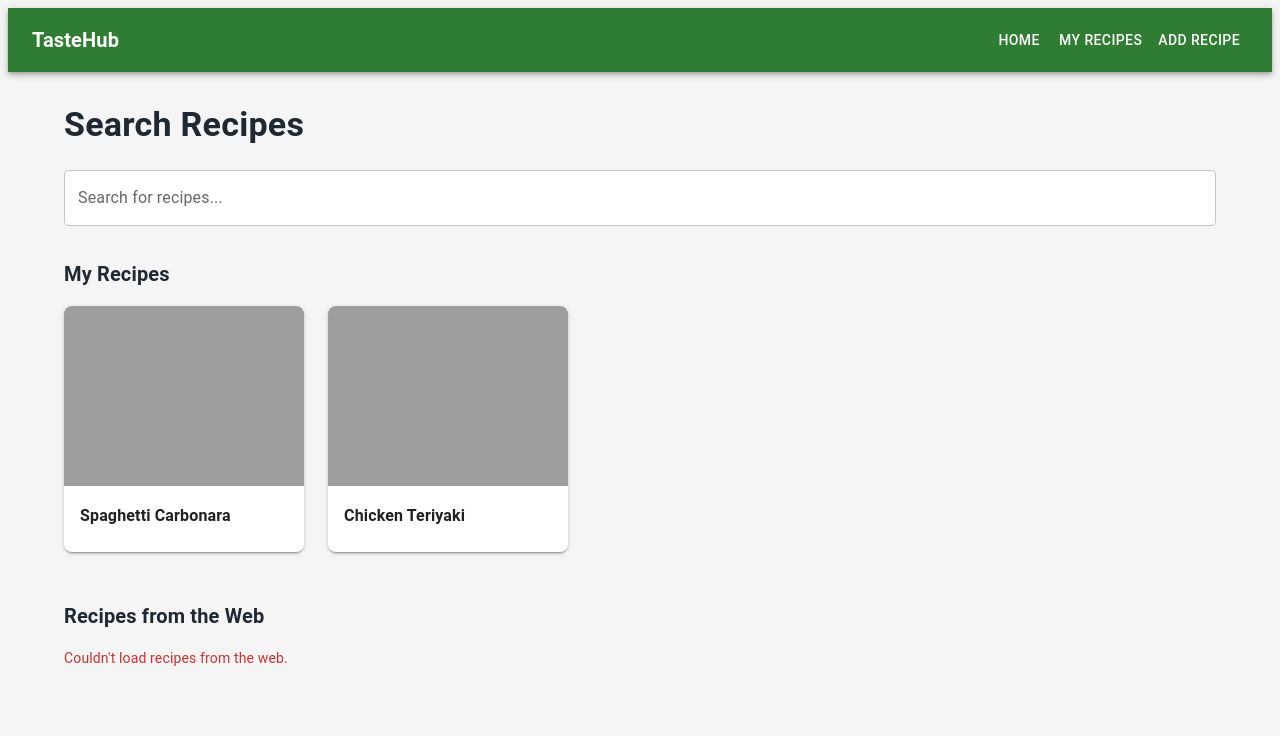
Repository: PabloVega7/TasteHub-Milestone03
Page: /
An editor plug-in stored every save of this project. The page is shown before and after the next save, followed by the edit.
The browser window is 1280 px wide. The pictures show the whole page.
Pictures or frames that could not be fetched are drawn as grey boxes. The page's requests for data from a server got no answer. The project was rebuilt for these pictures with package versions that can differ from the ones it lists, and the page was loaded fresh each time. No one was signed in, and anything a server would have sent is missing. Also part of the build but not shown: vite.config.js, src/pages/RecipeDetails.jsx, src/pages/MyRecipes.jsx, src/pages/AddRecipe.jsx, src/pages/EditRecipe.jsx.

Above is the page before, as saved 2025-11-29 16:07:29.

After the next save:
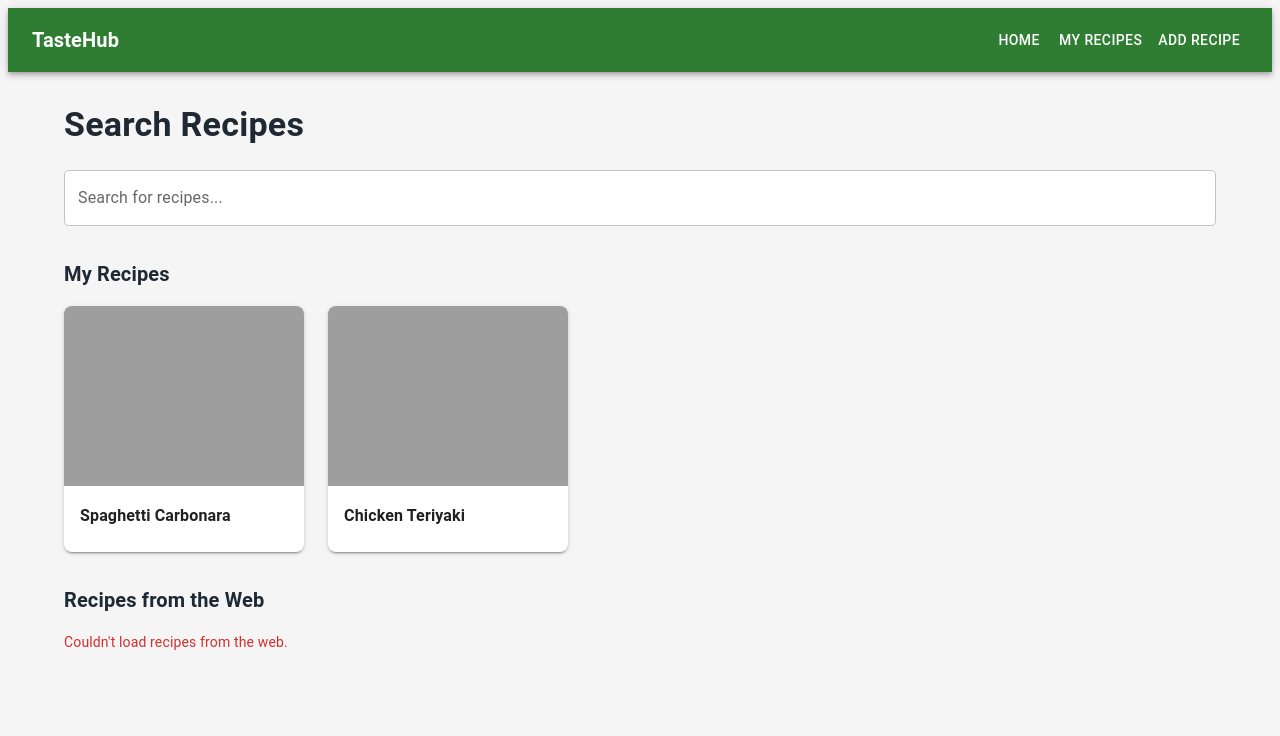
Saved 19 s later.
--- a/src/pages/Home.jsx
+++ b/src/pages/Home.jsx
@@ -1,69 +1,59 @@
-// src/pages/Home.jsx
 import { useState } from "react";
-import { Container, Typography, TextField, Box, Grid } from "@mui/material";
+import { Container, Grid, TextField, Typography } from "@mui/material";
 import RecipeCard from "../components/RecipeCard";
 import WebRecipes from "../components/WebRecipes";
 import { useRecipes } from "../context/RecipesContext";
 
 export default function Home() {
   const { recipes } = useRecipes();
-  const [query, setQuery] = useState("");
+  const [search, setSearch] = useState("");
 
-  const filteredRecipes = recipes.filter((recipe) =>
-    recipe.title.toLowerCase().includes(query.toLowerCase())
+  const filtered = recipes.filter((recipe) =>
+    recipe.title.toLowerCase().includes(search.toLowerCase())
   );
 
   return (
     <Container maxWidth="lg" sx={{ mt: 4, mb: 6 }}>
-      {/* Page title */}
       <Typography variant="h4" fontWeight={700} mb={3}>
         Search Recipes
       </Typography>
 
-      {/* Search bar */}
       <TextField
         fullWidth
         label="Search for recipes..."
         variant="outlined"
-        value={query}
-        onChange={(e) => setQuery(e.target.value)}
+        value={search}
+        onChange={(e) => setSearch(e.target.value)}
         sx={{ mb: 4, backgroundColor: "white" }}
       />
 
-      {/* My Recipes section */}
-      <Box mb={6}>
-        <Typography variant="h6" fontWeight={600} mb={2}>
-          My Recipes
-        </Typography>
+      <Typography variant="h6" fontWeight={600} mb={2}>
+        My Recipes
+      </Typography>
+      <Grid container spacing={3} mb={4}>
+        {filtered.map((recipe) => (
+          <Grid item xs={12} sm={6} md={4} key={recipe.id}>
+            <RecipeCard
+              id={recipe.id}
+              title={recipe.title}
+              image={recipe.image}
+            />
+          </Grid>
+        ))}
+        {filtered.length === 0 && (
+          <Typography
+            variant="body2"
+            color="text.secondary"
+            sx={{ ml: 2, mt: 1 }}>
+            No recipes match this search.
+          </Typography>
+        )}
+      </Grid>
 
-        <Grid container spacing={3}>
-          {filteredRecipes.map((recipe) => (
-            <Grid item xs={12} sm={6} md={4} key={recipe.id}>
-              <RecipeCard
-                id={recipe.id}
-                title={recipe.title}
-                image={recipe.image}
-              />
-            </Grid>
-          ))}
-
-          {filteredRecipes.length === 0 && (
-            <Typography variant="body2" color="text.secondary" sx={{ mt: 1 }}>
-              No recipes found. Try a different search or add a new recipe.
-            </Typography>
-          )}
-        </Grid>
-      </Box>
-
-      {/* Web recipes section */}
-      <Box>
-        <Typography variant="h6" fontWeight={600} mb={2}>
-          Recipes from the Web
-        </Typography>
-
-        {/* WebRecipes can optionally use `query` later if we wire it up */}
-        <WebRecipes />
-      </Box>
+      <Typography variant="h6" fontWeight={600} mb={2}>
+        Recipes from the Web
+      </Typography>
+      <WebRecipes />
     </Container>
   );
 }
